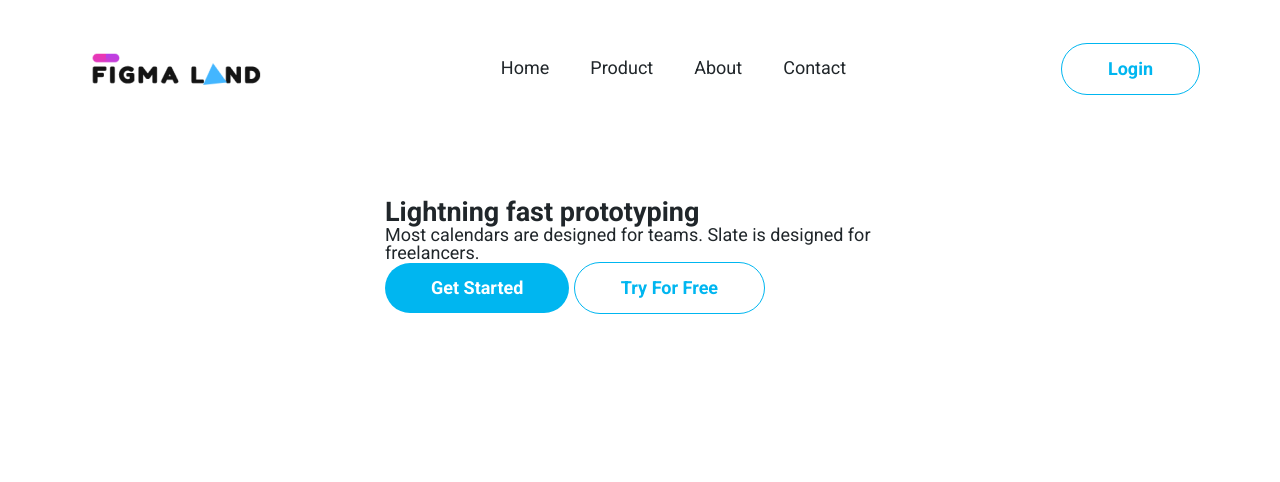
Repository: tungcutte35/Figma-Land
Page: sass/index.html
These files come from the project's save history. The page is drawn as it stood at one moment and after the next save; the edit follows.
The browser window is 1280 px wide. The pictures show the whole page.
The style sheet was rebuilt from its Sass, Less or Tailwind sources for each picture, by a compiler version that may differ from the author's.

Above is the page before, as saved 2021-10-23 16:08:49.

### sass/index.html
<!DOCTYPE html>
<html lang="en">
<head>
  <meta charset="UTF-8">
  <meta http-equiv="X-UA-Compatible" content="IE=edge">
  <meta name="viewport" content="width=device-width, initial-scale=1.0">
  <title>Figma Land</title>
  <link rel="stylesheet" href="./css/app.css">
  <link rel="preconnect" href="https://fonts.googleapis.com">
  <link rel="preconnect" href="https://fonts.gstatic.com" crossorigin>
  <link href="https://fonts.googleapis.com/css2?family=Roboto:wght@400;700;900&display=swap" rel="stylesheet">
</head>
<body>
 <div class="wrapper">
   <header class="header">
    <div class="container">
      <div class="header-container">
        <div class="header-img">
          <a href="#">
            <img srcset="./images/logo.png 2x" alt="">
          </a>
        </div>
        <ul class="menu">
          <li class="menu-item">
            <a href="#" class="menu-link">Home</a>
          </li>
          <li class="menu-item">
            <a href="#" class="menu-link">Product</a>
          </li>
          <li class="menu-item">
            <a href="#" class="menu-link">About</a>
          </li>
          <li class="menu-item">
            <a href="#" class="menu-link">Contact</a>
          </li>
        </ul>
        <div class="header-login">
          <button class="button button--outline">Login</button>
        </div>

      </div>
    </div>
   </header>
   <section class="lightning">
     <div class="container">
       <div class="lightning-container">
         <div class="lightning-header">
           <h2 class="lightning-heading">Lightning fast
            prototyping</h2>
           <p class="lightning-content">
            Most calendars are designed for teams. Slate is
            designed for freelancers.
           </p>
           <div class="lightning-button">
             <button class="button button--primary">Get Started</button>
             <button class="button button--outline">Try For Free</button>
           </div>
         </div>
       </div>
     </div>
   </section>

 </div>
</body>
</html>

### sass/app.scss
@import "./reset";
@import "./variables";
@import "./global";
@import "./header";
@import "./menu";
@import "./lightning";

### sass/_variables.scss
$font: "Roboto", sans-serif;
$primary-color: #00b6f0;
$heading-color: #20262a;
$text-color: #5c5c5c;
$secondary-color: #112d57;

### sass/_global.scss
.wrapper {
  max-width: 1282px;
  margin: 0 auto;
}
.container {
  max-width: 1160px;
  margin: 0 auto;
  padding: 0 20px;
}
body {
  font-family: $font;
  line-height: 1;
  font-size: 18px;
  color: $heading-color;
}
ul {
  list-style-type: none;
}
.button {
  display: inline-flex;
  justify-content: center;
  align-items: center;
  font-size: 18px;
  font-weight: 700;
  // height: 50px;
  line-height: 1;
  font-family: $font;
  padding: 16px 46px;
  border-radius: 85px;
  background-color: transparent;
  border: 0;
  outline: none;
  cursor: pointer;
  transition-duration: 0.4s;

  &--primary {
    color: #fff;
    background-color: $primary-color;
    &:hover {
      color: $primary-color;
      background-color: transparent;
      border: 1.4px solid $primary-color;
    }
  }
  &--outline {
    color: $primary-color;
    border: 1.4px solid $primary-color;
    &:hover {
      background-color: $primary-color;
      color: white;
    }
  }
}

.heading {
  color: $heading-color;
  font-weight: 700;
  font-size: 56px;
  line-height: calc(65 / 56);
}
.text {
  font-size: 24px;
  font-weight: 450;
  color: $text-color;
  line-height: calc(38 / 24);
}

### sass/_header.scss
.header {
  margin-top: 30px;
  margin-bottom: 91px;
  &-container {
    display: flex;
    justify-content: space-between;
    align-items: center;
  }
}

### sass/_menu.scss
.menu {
  display: flex;

  gap: 0 41px;
  &-item {
    display: flex;
    align-items: center;
    justify-content: center;
  }
  &-link {
    color: inherit;
    &:after {
      display: block;
      content: "";
      border-bottom: solid 2px $primary-color;
      transform: scaleX(0);
      transition: transform 250ms ease-in-out;
    }
    &:hover:after {
      transform: scaleX(1);
    }
    &:hover {
      color: $primary-color;
    }
  }
}

### sass/_lightning.scss
.lightning {
  &-container {
    display: flex;
    align-items: center;
    justify-content: center;
  }
  &-header {
    max-width: 510px;
  }
}

Loaded but not shown: sass/_reset.scss (common file)

After the next save:
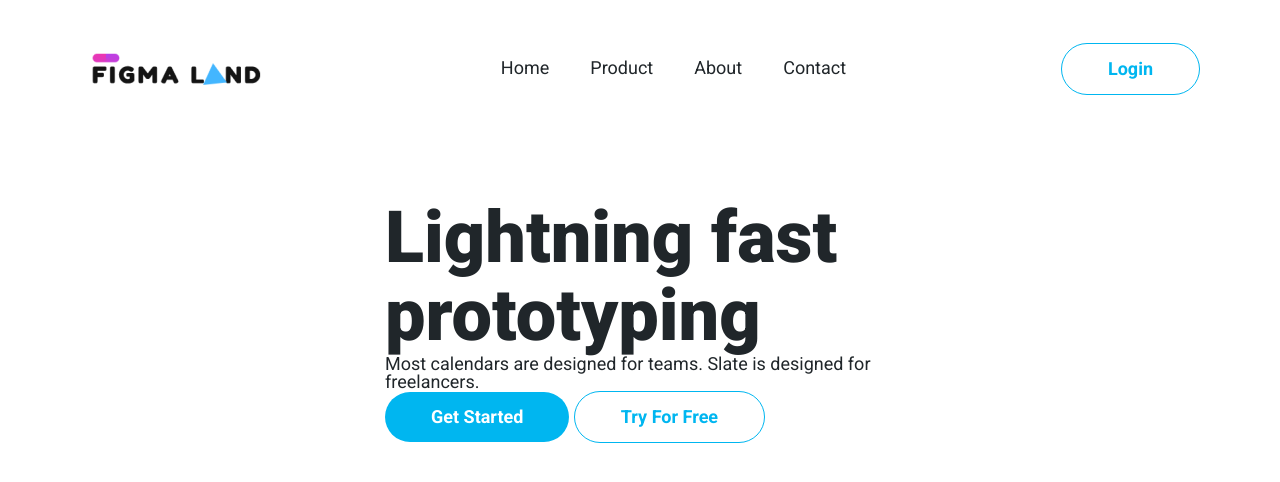
Saved 67 s later.
--- a/sass/_lightning.scss
+++ b/sass/_lightning.scss
@@ -7,4 +7,9 @@
   &-header {
     max-width: 510px;
   }
+  &-heading {
+    font-weight: 900;
+    font-size: 72px;
+    line-height: calc(78 / 72);
+  }
 }
